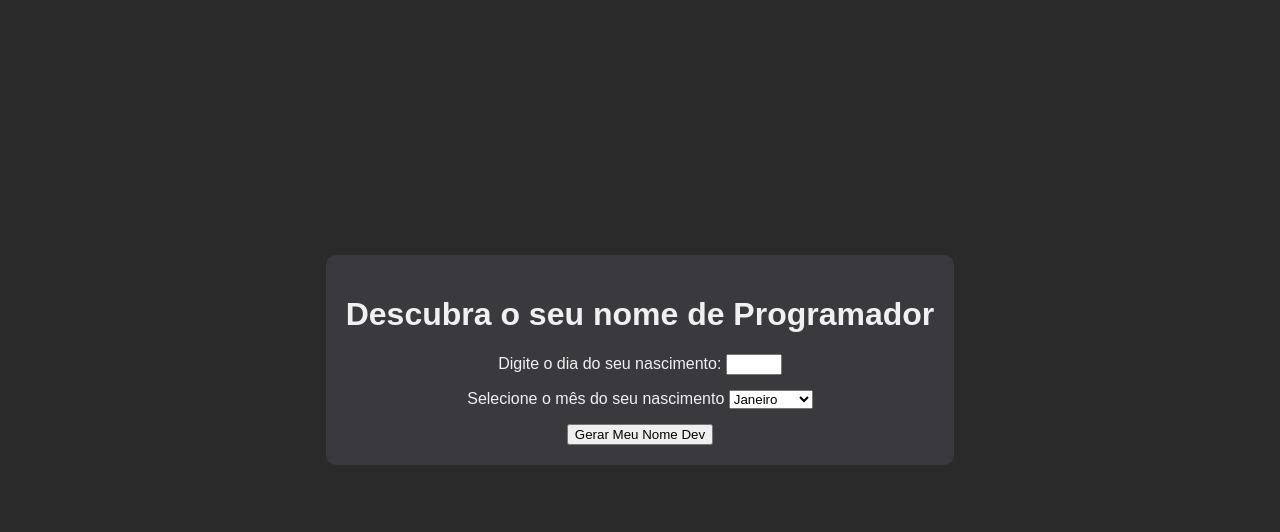
Repository: analessp/seu-nome-dev
Page: index.html
An editor plug-in stored every save of this project. The page is shown before and after a run of saves, followed by the edit.
The browser window is 1280 px wide. The pictures show the whole page.

Above is the page before, as saved 2025-05-13 10:49:42.

After the next 4 saves:
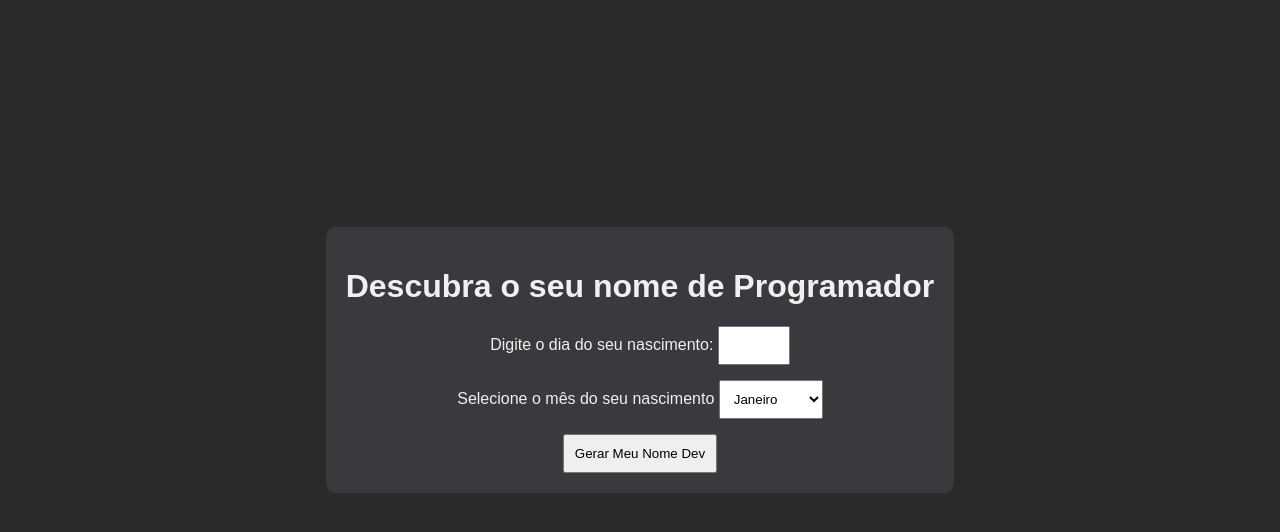
The 4 saves are shown as one change because they came seconds apart.
The last was saved 20 s later.
--- a/styles.css
+++ b/styles.css
@@ -20,3 +20,8 @@ body {
 .form-group {
     margin-bottom: 15px;
 }
+
+input, select, button {
+    padding: 10px;
+    marg
+}
